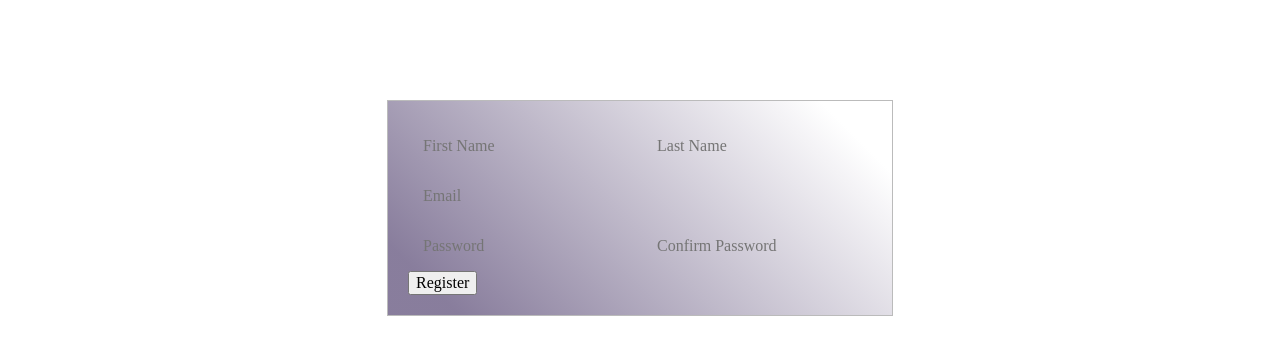
Repository: AMAmine89/vanilla-projects
Page: formo/index.html
The author's editor kept a copy of each file at every save. The page is drawn from the files as they stood at one save, then again after the next save.
The browser window is 1280 px wide. The pictures show the whole page.

Above is the page before, as saved 2021-05-05 04:49:17.

After the next save:
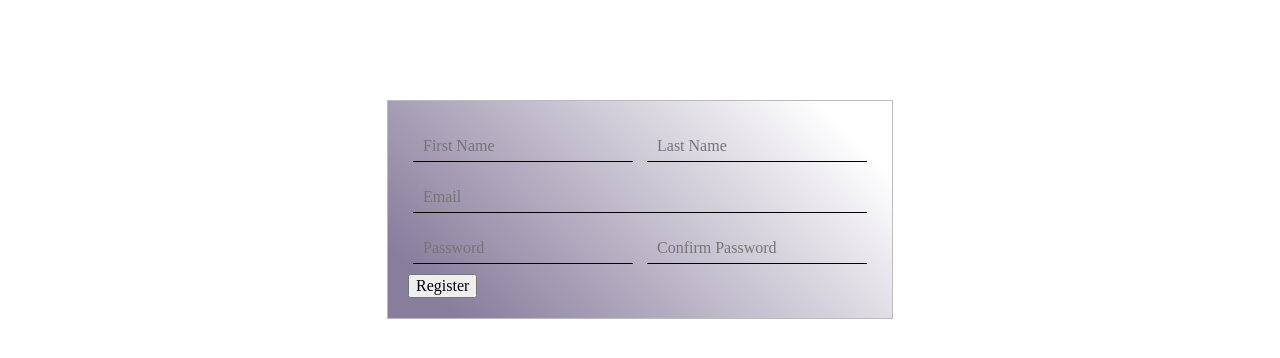
Saved 15 s later.
--- a/formo/style.css
+++ b/formo/style.css
@@ -23,7 +23,7 @@ input:not(input[type="submit"]) {
     border-top: none;
     border-right: none;
     border-left: none;
-    border-bottom: none;
+    border-bottom: solid 1px;
     margin: 10px 5px;
     outline: none;
 }
